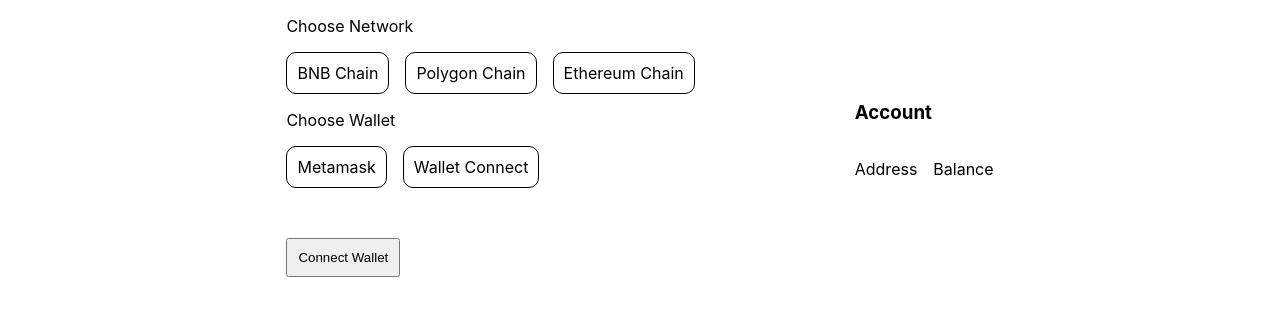
Repository: m-ahmadshaikh/Wallet-Connect
Page: /
These files come from the project's save history. The page is drawn as it stood at one moment and after the next save; the edit follows.
The browser window is 1280 px wide. The pictures show the whole page.
The project was rebuilt for these pictures with package versions that can differ from the ones it lists, and the page was loaded fresh each time.

Above is the page before, as saved 2023-01-19 18:30:25.

### src/App.js
import { useState } from 'react';
import './App.css';
import Button from './components/Button/Button';
import Web3 from 'web3'
import WalletConnectProvider from "@walletconnect/web3-provider";

//  Create WalletConnect Provider
const provider = new WalletConnectProvider({
  infuraId: "27e484dcd9e3efcfd25a83a78777cdf1", // Required
});

//  Enable session (triggers QR Code modal)
await provider.enable();

//  Create Web3
let web3 = new Web3(provider);


function App() {
  const [selectedNetwork, setSelectedNetwork] = useState('')
  const [selectedWallet, setSelectedWallet] = useState('')


  const onConnect = async ()=>{
    if( selectedWallet === 'ethereun'){
       web3 = new Web3(new Web3.providers.HttpProvider("https://mainnet.infura.io/v3/YOUR_PROJECT_ID"))
    }else if ( selectedWallet === 'bnb'){
       web3 = new Web3(new Web3.providers.HttpProvider("https://bsc-dataseed.binance.org/"))
    }else if ( selectedWallet === 'polygon'){
       web3 = new Web3(new Web3.providers.HttpProvider("https://polygon.network"))
    }
    if (selectedNetwork === 'eth' &&  window.ethereum) {
      web3 = new Web3(window.ethereum)
      try {
          await window.ethereum.enable()
          const accounts = await web3.eth.getAccounts()
          console.log(accounts[0])
          const balance = await web3.eth.getBalance(accounts[0])
          console.log(web3.utils.fromWei(balance, 'ether'))
      } catch (error) {
          // User denied account access...
      }
  }else {
    if (provider.connected) {
      const accounts = await web3.eth.getAccounts();
      console.log(accounts[0]);
  }
  }
  }
  const onNetworkClick = (text)=>{
    setSelectedNetwork(text)
  }
  const onWalletClick = (text)=>{
    setSelectedWallet(text)
  }
  return (
    <div className='main'>
      <div>
      <p>Choose Network</p>
      <div className='flex'><Button text={'BNB Chain'} active={selectedNetwork === 'bnb'} onClick={()=>onNetworkClick('bnb')}/>
      <Button text={'Polygon Chain'} active={selectedNetwork === 'polygon'} onClick={()=>onNetworkClick('polygon')}/>
      <Button text={'Ethereum Chain'} active={selectedNetwork === 'ethereun'} onClick={()=>onNetworkClick('ethereum')}/>
      </div>


      <p>Choose Wallet</p>
      <div className='flex'>
      <Button text={'Metamask'}  active={selectedWallet === 'metamask'} onClick={()=>onWalletClick('metamask')}/>
      <Button text={'Wallet Connect'}  active={selectedWallet === 'wallet_connect'} onClick={()=>onWalletClick('wallet_connect')}/>
      </div>

      <button onClick={onConnect} className='btn'>Connect Wallet</button>
      </div>

      <div>
        <h3>Account</h3>
        <div className='flex'>
          <p>Address</p>
          <p>Balance</p>
        </div>
      </div>
    </div>
  );
}

export default App;

### src/App.css
body {
  height: 100vh;
}

.flex {
  display: flex;
  gap: 1em;
}

.main {
  display: flex;
  justify-content: center;
  align-items: center;
  gap: 10em;
}

.btn {

  padding: 10px;
  margin-top: 50px;
  cursor: pointer;
}

### src/components/Button/Button.jsx
import React from 'react';
import classes from './Button.module.css';
function Button({ text, active, onClick }) {
  return (
    <div
      onClick={onClick}
      className={`${classes.main} ${active ? classes.active : ''}`}>
      {text}
    </div>
  );
}

export default Button;

### src/components/Button/Button.module.css
.main {
  background: white;
  border: 1px solid black;
  border-radius: 10px;
  padding: 10px;
  cursor: pointer;
}

.main:hover {
  background-color: wheat;
}

.active {
  border: 1px solid blue;
}

Loaded but not shown: public/index.html (common file); src/index.js (common file); src/index.css (common file); src/reportWebVitals.js (common file)

After the next save:
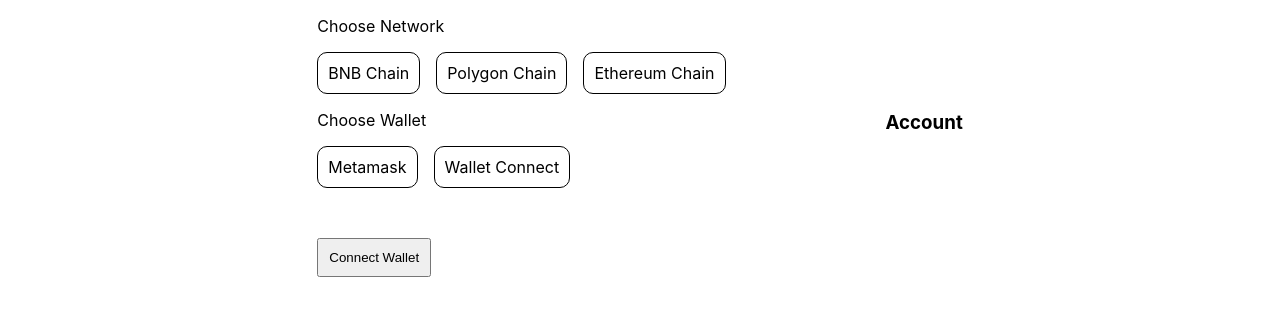
Saved 106 s later.
--- a/src/App.js
+++ b/src/App.js
@@ -19,6 +19,8 @@
 function App() {
   const [selectedNetwork, setSelectedNetwork] = useState('')
   const [selectedWallet, setSelectedWallet] = useState('')
+  const [address, setAddress] = useState('');
+  const [balance, setBalance] = useState('');
 
 
   const onConnect = async ()=>{
@@ -75,8 +77,8 @@
       <div>
         <h3>Account</h3>
         <div className='flex'>
-          <p>Address</p>
-          <p>Balance</p>
+          <p>{address}</p>
+          <p>{balance}</p>
         </div>
       </div>
     </div>
